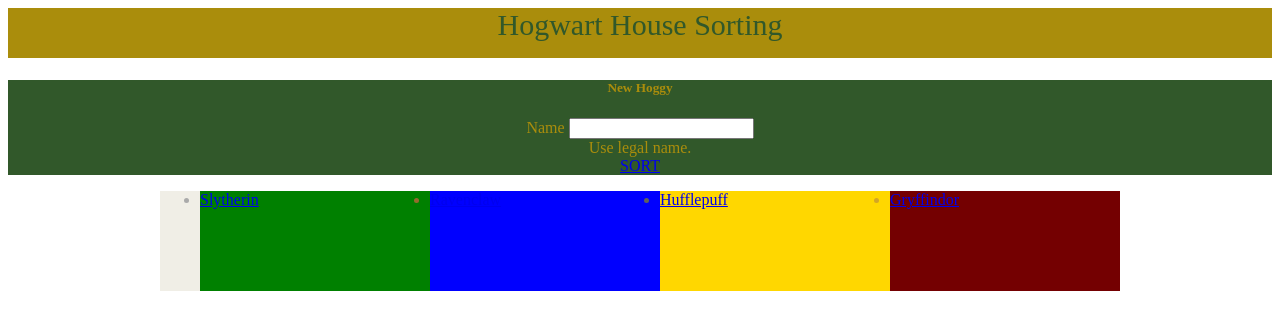
Repository: ZamlZam/INDIVIDUAL-PROJECT-sorting-hat
Page: index.html
An editor plug-in stored every save of this project. The page is shown before and after the next save, followed by the edit.
The browser window is 1280 px wide. The pictures show the whole page.

Above is the page before, as saved 2023-04-29 12:21:12.

After the next save:
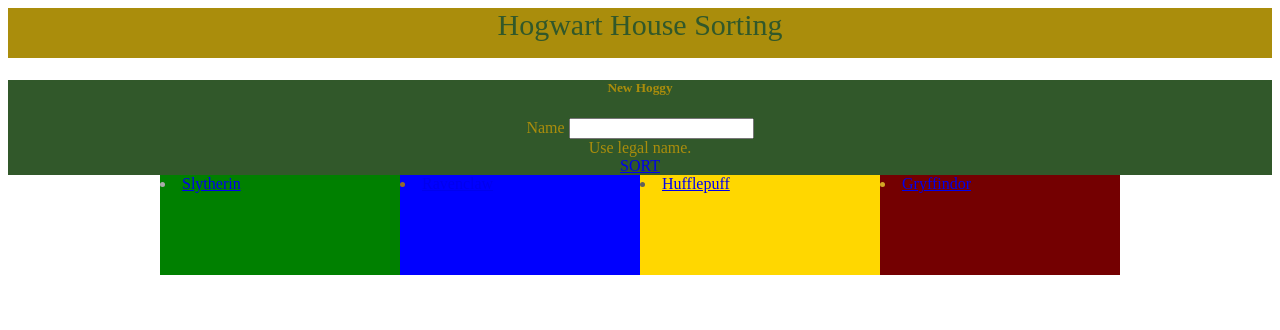
Saved 3 min 6 s later.
--- a/index.html
+++ b/index.html
@@ -28,7 +28,7 @@
      <!-- Footer with flex-container -->
     <div class="card-footer">
       <!-- <div class="flex-container"> -->
-      <ul class="Houses">
+      <div class="Houses">
         <li class="box one">
           <a class="nav-Slytherin" href="#">Slytherin</a>
         </li>
@@ -41,7 +41,7 @@
         <li class="box four">
           <a class="nav-Gryffindor" href="#">Gryffindor</a>
         </li>
-      </ul>
+      </div>
     </div>
 
 
